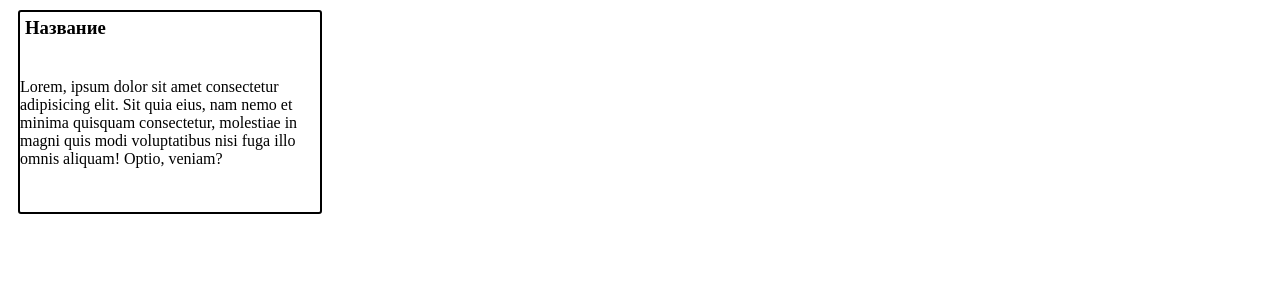
Repository: MaratLK/PLKFrontend
Page: Templates/NewsForIndex.html
These files come from the project's save history. The page is drawn as it stood at one moment and after the next save; the edit follows.
The browser window is 1280 px wide. The pictures show the whole page.

Above is the page before, as saved 2024-08-25 06:17:32.

### Templates/NewsForIndex.html
<!DOCTYPE html>
<html lang="en">
<head>
    <meta charset="UTF-8">
    <meta name="viewport" content="width=device-width, initial-scale=1.0">
    <title>Document</title>
    <style>
        .newsblk{
            height: 200px;
            width: 300px;
            margin: 10px;
            border-radius: 3px;
            border: 2px solid black;
        }
        .newsblk h3{
            margin: 5px;
        }
    </style>
</head>
<body>
    <section class="news">
        <div class="newsblk">
            <h3>Название</h3>
            <img>
            <p>Lorem, ipsum dolor sit amet consectetur adipisicing elit. Sit quia eius, nam nemo et minima quisquam consectetur, molestiae in magni quis modi voluptatibus nisi fuga illo omnis aliquam! Optio, veniam?</p>
        </div>
    </section>
</body>
</html>

After the next save:
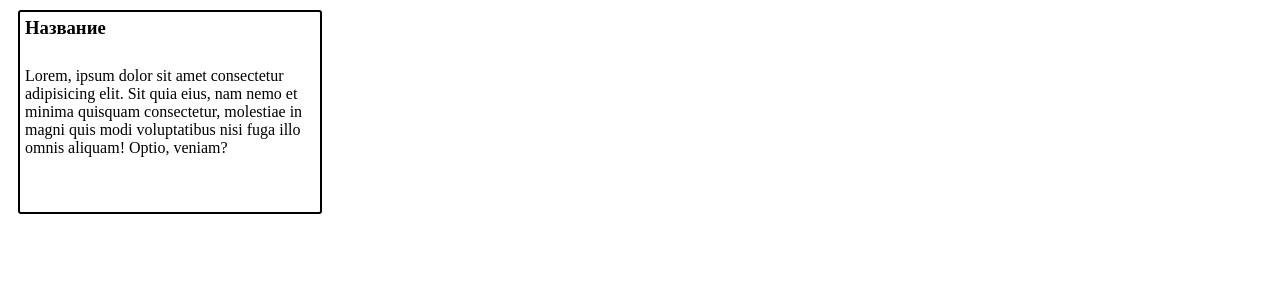
Saved 37 s later.
--- a/Templates/NewsForIndex.html
+++ b/Templates/NewsForIndex.html
@@ -15,6 +15,9 @@
         .newsblk h3{
             margin: 5px;
         }
+        .newsblk p{
+            margin: 5px;
+        }
     </style>
 </head>
 <body>
